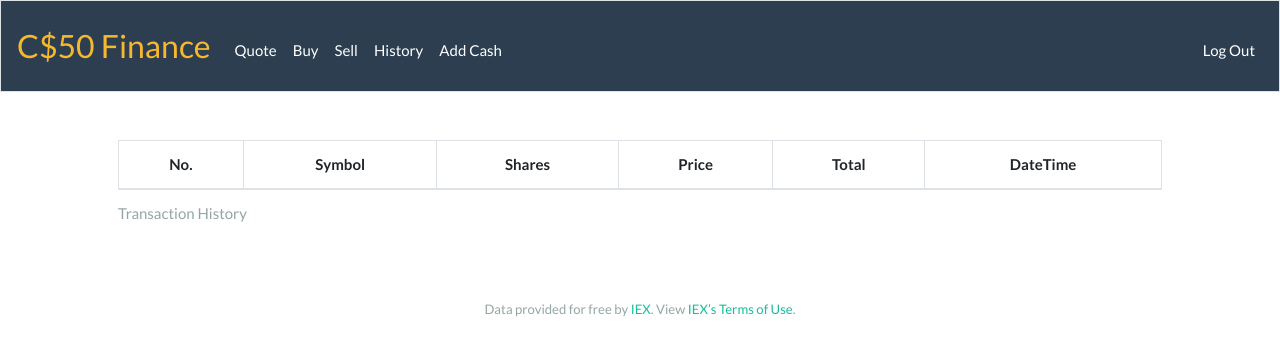
Repository: AllardQuek/CS50x
Page: http://localhost/history
The author's editor kept a record of every edit. The page is drawn from the files as they stood at one moment, then again after the next edit.
The browser window is 1280 px wide. The pictures show the whole page.
Some web libraries are served in a nearby version. The page is served by the project's application, run on Flask 3 (finance/application.py). The session is filled in as if someone had signed in: {"user_id": 1, "logged_in": true}. The page reads the database file committed with the project.

Above is the page before.
Console error: TypeError: $(...).DataTable is not a function

### finance/templates/history.html
{% extends "layout.html" %}

{% block title %}
    History
{% endblock %}

{% block main %}
    <script>
        $(document).ready(function() {

        $('#datatable').DataTable({
        select: true
        });

        } );

    </script>


    <table id="#datatable" class="table table-bordered table-hover">
        <caption>Transaction History</caption>
        <thead>
        <tr>
            <th>No.</th>
            <th>Symbol</th>
            <th>Shares</th>
            <th>Price</th>
            <th>Total</th>
            <th>DateTime</th>
        </tr>



    </table>
{% endblock %}

### finance/templates/layout.html
<!DOCTYPE html>

<html lang="en">

    <head>

        <!-- Required meta tags -->
        <meta charset="utf-8">
        <meta name="viewport" content="width=device-width, initial-scale=1, shrink-to-fit=no">

        <!-- documentation at http://getbootstrap.com/docs/4.1/, alternative themes at https://bootswatch.com/
            <link href="https://maxcdn.bootstrapcdn.com/bootstrap/4.1.3/css/bootstrap.min.css" rel="stylesheet">
        -->

        <link href="https://stackpath.bootstrapcdn.com/bootswatch/4.2.1/flatly/bootstrap.min.css" rel="stylesheet" integrity="sha384-9dACWymWSkhCeCgbjV6xqS20Luu4ue6QnEvr+nMXpPMwIq/OB89AoRh27Flsrxzs" crossorigin="anonymous">

        <!-- https://favicon.io/emoji-favicons/money-mouth-face/ -->
        <link href="/static/favicon.ico" rel="icon">

        <link href="/static/styles.css" rel="stylesheet">

        <script src="https://code.jquery.com/jquery-3.3.1.min.js"></script>
        <script src="https://cdnjs.cloudflare.com/ajax/libs/popper.js/1.14.3/umd/popper.min.js"></script>
        <script src="https://maxcdn.bootstrapcdn.com/bootstrap/4.1.3/js/bootstrap.min.js"></script>

        <title>C$50 Finance: {% block title %}{% endblock %}</title>

    </head>

    <body>

        <nav class="navbar navbar-expand-md navbar-dark bg-primary border">
            <a class="navbar-brand" href="/"> <span class="yellow">C$50 Finance</span></a>
            <button aria-controls="navbar" aria-expanded="false" aria-label="Toggle navigation" class="navbar-toggler" data-target="#navbar" data-toggle="collapse" type="button">
                <span class="navbar-toggler-icon"></span>
            </button>
            <div class="collapse navbar-collapse" id="navbar">
                {% if session.user_id %}
                    <ul class="navbar-nav mr-auto mt-2">
                        <li class="nav-item"><a class="nav-link" href="/quote">Quote</a></li>
                        <li class="nav-item"><a class="nav-link" href="/buy">Buy</a></li>
                        <li class="nav-item"><a class="nav-link" href="/sell">Sell</a></li>
                        <li class="nav-item"><a class="nav-link" href="/history">History</a></li>
                        <li class="nav-item"><a class="nav-link" href="/add">Add Cash</a></li>
                    </ul>
                    <ul class="navbar-nav ml-auto mt-2">
                        <li class="nav-item"><a class="nav-link" href="/logout">Log Out</a></li>
                    </ul>
                {% else %}
                    <ul class="navbar-nav ml-auto mt-2">
                        <li class="nav-item"><a class="nav-link" href="/register">Register</a></li>
                        <li class="nav-item"><a class="nav-link" href="/login">Log In</a></li>
                    </ul>
                {% endif %}
            </div>
        </nav>

        {% if get_flashed_messages() %}
            <header>
                <div class="alert alert-success border text-center" role="alert">
                    {{ get_flashed_messages() | join(" ") }}
                </div>
            </header>
        {% endif %}

        <main class="container p-5">
            {% block main %}{% endblock %}
        </main>

        <footer class="small text-center text-muted">
            Data provided for free by <a href="https://iextrading.com/developer">IEX</a>. View <a href="https://iextrading.com/api-exhibit-a/">IEX’s Terms of Use</a>.
        </footer>

    </body>

</html>

### finance/application.py
import os

import datetime

from cs50 import SQL
from flask import Flask, flash, jsonify, redirect, render_template, request, session
from flask_session import Session
from tempfile import mkdtemp
from werkzeug.exceptions import default_exceptions, HTTPException, InternalServerError
from werkzeug.security import check_password_hash, generate_password_hash

from helpers import apology, login_required, lookup, usd

# Configure application
app = Flask(__name__)

# Ensure templates are auto-reloaded
app.config["TEMPLATES_AUTO_RELOAD"] = True

# Ensure responses aren't cached: https://www.codebyamir.com/blog/a-web-developers-guide-to-browser-caching
# All browsers attempt to keep local copies of static assets in an effort to reduce page load times and minimize network traffic. e.g JS, CSS
@app.after_request
def after_request(response):
    response.headers["Cache-Control"] = "no-cache, no-store, must-revalidate"
    response.headers["Expires"] = 0
    response.headers["Pragma"] = "no-cache"
    return response


# Custom filter
app.jinja_env.filters["usd"] = usd

# Configure session to use filesystem (instead of signed cookies)
app.config["SESSION_FILE_DIR"] = mkdtemp()
app.config["SESSION_PERMANENT"] = False
app.config["SESSION_TYPE"] = "filesystem"
Session(app)

# Configure CS50 Library to use SQLite database
db = SQL("sqlite:///finance.db")


@app.route("/")
@login_required
def index():
    """Show portfolio of stocks"""

    # get 1 row of each symbol, since there may be many of the same symbol in purachase table
    # get values for SYMBOL and SHARES
    try:
        rows = db.execute("SELECT symbol, SUM(shares) FROM purchases WHERE userID = :id GROUP BY symbol", id=session['user_id'])
        # print(rows)

        # get values for PRICE and TOTAL and GRANDTOTAL
        grandtotal = 0

        for row in rows:

            price = lookup(row["symbol"])["price"]
            total = price * int(row["SUM(shares)"])
            row["price"] = usd(price)
            row["total"] = usd(total)
            # maybe use round(number, ndigits) to round off to 2 decimal places ??
            # add these new key-value pairs to the dictionary row; it is easier to render the values by just passing in 1 variable called 'rows' into index.html,
            # rather than passing in 'rows', 'prices' and 'totals' as it complicates the for loop in index.html

            grandtotal = grandtotal + total

        # get value for CASH
        cashrow = db.execute("SELECT cash FROM users WHERE id = :id", id=session['user_id'])
        cash = cashrow[0]["cash"]

        grandtotal = grandtotal + cash
        # PLEASE use usd() to format ALL values displayed! check50 checks this
        return render_template("index.html", rows=rows, cash=usd(cash), grandtotal=usd(grandtotal))

    except:
        return apology("Oops, something went wrong", 400)


@app.route("/buy", methods=["GET", "POST"])
@login_required
def buy():
    """Buy shares of stock"""
    if request.method == "GET":
        return render_template("buy.html")

    elif request.method == "POST":

        # handle user's input, check50 tests for SERVER-side validification
        # use lookup() because I want to check if that symbol exists, there will be no such symbol if no result is returned form lookup()

        if not lookup(request.form.get("symbol")) or not request.form.get("shares"):
            return apology("Please fill in the blanks", 400)

        # this try solves the error: ValueError: invalid literal for int() with base 10: '1.5'
        try:
            shares = int(request.form.get("shares"))
        except:
            return apology("Invalid number of shares", 400)

        if int(request.form.get("shares")) <= 0 or not request.form.get("shares").isdigit():
            return apology("Invalid number of shares", 400)

        symbol = request.form.get("symbol")

        # lookup price
        result = lookup(symbol)
        # check if user has enough cash
        usercash = db.execute("SELECT cash FROM users WHERE id = :id", id=session['user_id'])
        # usd() changes type from float to str
        topay = shares * result["price"]
        if topay > usercash[0]["cash"]:
            return apology("Sorry, you have insufficient cash", 400)

        # SQL tables: numeric precision refers to the maximum number of digits in the number, scale refers to max no. of decimal places
        # deduct shares*price from user's cash, update users table
        db.execute("UPDATE users SET cash = cash - :topay WHERE id = :id", topay=topay, id=session['user_id'])

        # insert row into purchase table WHO bought WHAT at what PRICE and WHEN
        db.execute("INSERT INTO purchases (symbol, shares, price, total, datetime, userID) VALUES (:symbol, :shares, :price, :total, :datetime, :userID)",
                   symbol=result["symbol"], shares=shares, price=result["price"], total=topay, datetime=datetime.datetime.now(), userID=session["user_id"])
        # flash a message to user
        flash("Successfully bought!")
        return redirect("/")


@app.route("/check", methods=["GET"])
def check():
    """Return true if username available, else false, in JSON format"""
    username = request.args.get("username")
    rows = db.execute("SELECT username FROM users WHERE username = :username", username=username)

    if len(rows) > 0 or len(username) < 1:
        return jsonify(False)
    else:
        return jsonify(True)

    #  Code included inside $( document ).ready() will only run once the page Document Object Model (DOM) is ready for JavaScript code to execute


@app.route("/history")
@login_required
def history():
    """Show history of transactions"""
    try:
        rows = db.execute("SELECT * FROM purchases WHERE userID= :id ORDER BY datetime", id=session['user_id'])
        return render_template("history.html", rows=rows)

    except:
        return apology("Oh no, something broke")


@app.route("/login", methods=["GET", "POST"])
def login():
    """Log user in"""

    # Forget any user_id
    session.clear()

    # User reached route via POST (as by submitting a form via POST)
    if request.method == "POST":

        # Ensure username was submitted
        if not request.form.get("username"):
            return apology("must provide username", 403)

        # Ensure password was submitted
        elif not request.form.get("password"):
            return apology("must provide password", 403)

        # Query database for username
        rows = db.execute("SELECT * FROM users WHERE username = :username",
                          username=request.form.get("username"))

        # Ensure username exists and password is correct
        if len(rows) != 1 or not check_password_hash(rows[0]["hash"], request.form.get("password")):
            return apology("invalid username and/or password", 403)

        # Remember which user has logged in
        session["user_id"] = rows[0]["id"]

        # Redirect user to home page
        return redirect("/")

    # User reached route via GET (as by clicking a link or via redirect)
    else:
        return render_template("login.html")


@app.route("/logout")
def logout():
    """Log user out"""

    # Forget any user_id
    session.clear()

    # Redirect user to login form
    return redirect("/")


@app.route("/quote", methods=["GET", "POST"])
@login_required
def quote():
    """Get stock quote."""

    if request.method == "GET":
        return render_template("quote.html")

    elif request.method == "POST":
        # lookup symbol's correspinding price using API, then plug it into quoted template
        # lookup ( request.form ... ) and then p.["price"] should return you the action's price.
        result = lookup(request.form.get("symbol"))
        # in case lookup failed to return desired result, handle this error
        if result == None:
            return apology("Unable to quote", 400)
        return render_template("quoted.html", name=result["name"], symbol=result["symbol"], price=usd(result["price"]))


@app.route("/register", methods=["GET", "POST"])
def register():
    """Register user"""
    if request.method == "GET":
        return render_template("register.html")

    elif request.method == "POST":

        # validate submitted info, check if username is taken by trying to insert new user into users table
        # request.form.get() returns datatype STRING !
        if not request.form.get("username") or not request.form.get("password") or not request.form.get("confirmation"):
            return apology("Missing username/password!", 400)
        elif request.form.get("password") != request.form.get("confirmation"):
            return apology("Passwords do not match!", 400)

        # generate hash of user's password
        hash = generate_password_hash(request.form.get("password"))
        # insert user's data into users table
        result = db.execute("INSERT INTO users (username, hash) VALUES (:username, :hash)",
                            username=request.form.get("username"), hash=hash)
        if not result:
            return apology("Username taken!")

        # db.execute("INSERT INTO users (username, hash) VALUES (:username, :hash),
        # {"username": username, "hash": hash})

        # do user a favour, log him in by storing their id in session.get("user_id") ???
        user_id = db.execute("SELECT id FROM users WHERE username = :username", username=request.form.get("username"))
        session['user_id'] = user_id[0]["id"]
        # OR session['user_id'] = (db.execute("SELECT id FROM users WHERE username = :username", username = request.form.get("username")))[0]["id"]
        return redirect("/")
        # e.g. [{id: 1}, {id: 2}, {id: 3}] , OR use session["logged_in"] = True


@app.route("/sell", methods=["GET", "POST"])
@login_required
def sell():
    """Sell shares of stock"""
    if request.method == "GET":
        rows = db.execute("SELECT symbol FROM purchases WHERE userID = :id GROUP BY symbol", id=session['user_id'])
        # print (rows)
        return render_template("sell.html", rows=rows)

    elif request.method == "POST":

        # validate user input MUST come first!
        if not request.form.get("symbol") or not request.form.get("shares"):
            return apology("Sorry, what do you want to sell?", 400)

        symbol = request.form.get("symbol")
        shares = int(request.form.get("shares"))
        price = lookup(symbol)["price"]

        # if not enough shares to sell, shares not a postive integer
        rows = db.execute("SELECT symbol, SUM(shares) from purchases WHERE userID= :id and symbol = :symbol GROUP BY symbol",
                          id=session['user_id'], symbol=symbol)
        if shares > rows[0]["SUM(shares)"]:
            return apology("Invalid number of shares", 400)

        # update cash in users, insert new transaction in purchases table
        total = price * shares
        db.execute("UPDATE users SET cash = cash + :total WHERE id = :id", total=total, id=session['user_id'])
        db.execute("INSERT INTO purchases(userID, symbol, shares, price, total, datetime) VALUES(:id, :symbol, :shares, :price, :total, :datetime)",
                   id=session['user_id'], symbol=symbol, shares=-shares, price=price, total=-total, datetime=datetime.datetime.now())
        flash("Sold!")
        return redirect("/")


@app.route("/add", methods=["GET", "POST"])
@login_required
def add():

    if request.method == "GET":
        rows = db.execute("SELECT cash FROM users WHERE id= :id", id=session['user_id'])
        cash = rows[0]["cash"]
        return render_template("add.html", cash=cash)

    else:
        if not request.form.get("add"):
            return apology("Please add a valid amount of cash", 400)

        db.execute("UPDATE users SET cash = cash + :add WHERE id= :id", id=session['user_id'], add=float(request.form.get("add")))
        rows = db.execute("SELECT cash FROM users WHERE id= :id", id=session['user_id'])
        cash = rows[0]["cash"]

        return render_template("add.html", cash=usd(cash))


def errorhandler(e):
    """Handle error"""
    if not isinstance(e, HTTPException):
        e = InternalServerError()
    return apology(e.name, e.code)


# Listen for errors
for code in default_exceptions:
    app.errorhandler(code)(errorhandler)

### finance/helpers.py
import requests
import urllib.parse

from flask import redirect, render_template, request, session
from functools import wraps


def apology(message, code=400):
    """Render message as an apology to user."""
    def escape(s):
        """
        Escape special characters.

        https://github.com/jacebrowning/memegen#special-characters
        """
        for old, new in [("-", "--"), (" ", "-"), ("_", "__"), ("?", "~q"),
                         ("%", "~p"), ("#", "~h"), ("/", "~s"), ("\"", "''")]:
            s = s.replace(old, new)
        return s
    return render_template("apology.html", top=code, bottom=escape(message)), code


def login_required(f):
    """
    Decorate routes to require login.

    http://flask.pocoo.org/docs/1.0/patterns/viewdecorators/
    """
    @wraps(f)
    def decorated_function(*args, **kwargs):
        if session.get("user_id") is None:
            return redirect("/login")
        return f(*args, **kwargs)
    return decorated_function


def lookup(symbol):
    """Look up quote for symbol."""

    # Contact API
    try:
        response = requests.get(f"https://api.iextrading.com/1.0/stock/{urllib.parse.quote_plus(symbol)}/quote")
        response.raise_for_status()
    except requests.RequestException:
        return None

    # Parse response
    try:
        quote = response.json()
        # return a dictionary with 3 keys
        return {
            "name": quote["companyName"],
            "price": float(quote["latestPrice"]),
            "symbol": quote["symbol"]
        }
    except (KeyError, TypeError, ValueError):
        return None


def usd(value):
    """Format value as USD."""
    return f"${value:,.2f}"

### finance/finance.db (the tables this page reads, as SQL)
CREATE TABLE 'purchases' ('symbol' varchar(128) NOT NULL, 'shares' integer NOT NULL, 'price' numeric(10,2) NOT NULL,'total' numeric, 'datetime'  datetime NOT NULL  , 'userID' INTEGER, 'purchase_id'  INTEGER PRIMARY KEY NOT NULL  );
INSERT INTO "purchases" VALUES
('NFLX', 1, 355.81, 355.81, '2019-02-06 08:09:02', 2, 1),
('NFLX', 1, 355.81, 355.81, '2019-02-06 08:17:43', 2, 2),
('NFLX', 3, 355.81, 1067.43, '2019-02-06 08:19:40', 2, 3),
('NFLX', 2, 355.81, 711.62, '2019-02-06 08:20:22', 2, 4),
('NFLX', 2, 355.81, 711.62, '2019-02-06 08:23:10', 2, 5),
('WMT', 1, 96.73, 96.73, '2019-02-08 09:36:45', 2, 6),
('WMT', 2, 96.73, 193.46, '2019-02-08 09:36:53', 2, 7),
('NFLX', -3, 344.71, -1034.13, '2019-02-08 12:28:35', 2, 8),
('AAPL', 1, 170.94, 170.94, '2019-02-08 13:03:49', 2, 9),
('NFLX', -1, 342.27, -342.27, '2019-02-08 14:42:03', 2, 10),
('NFLX', 1, 347.57, 347.57, '2019-02-10 08:48:24', 2, 11),
('INR', 1, 40.31, 40.31, '2019-02-10 09:11:47', 2, 12),
('AAC', 1, 2.8, 2.8, '2019-02-10 09:20:01', 2, 13),
('NFLX', -1, 347.57, -347.57, '2019-02-10 09:46:00', 2, 14),
('NFLX', 1, 347.57, 347.57, '2019-02-10 09:49:03', 2, 15),
('NFLX', -1, 347.57, -347.57, '2019-02-10 09:51:38', 2, 16),
('NFLX', -1, 347.57, -347.57, '2019-02-10 09:52:03', 2, 17),
('NFLX', 1, 347.57, 347.57, '2019-02-10 09:53:50', 2, 18),
('NFLX', 1, 347.57, 347.57, '2019-02-10 09:54:53', 2, 19),
('NFLX', -1, 347.57, -347.57, '2019-02-10 10:03:49', 2, 20),
('MSFT', 2, 106.9, 213.8, '2019-02-15 07:04:28', 6, 21),
('MSFT', 1, 114.59, 114.59, '2019-03-15 06:36:50', 2, 22);

Loaded but not shown: finance/static/styles.css (common file)

After the next edit:
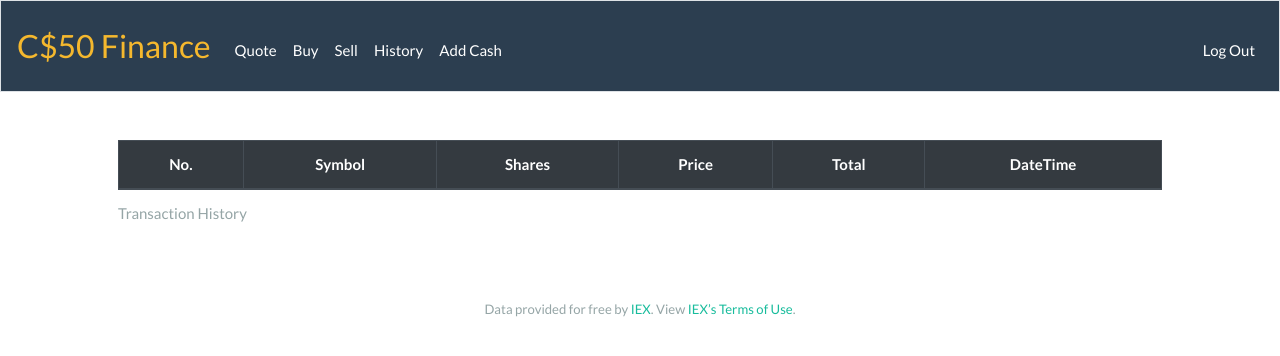
The edit:
--- a/finance/templates/history.html
+++ b/finance/templates/history.html
@@ -19,15 +19,16 @@
 
     <table id="#datatable" class="table table-bordered table-hover">
         <caption>Transaction History</caption>
-        <thead>
-        <tr>
-            <th>No.</th>
-            <th>Symbol</th>
-            <th>Shares</th>
-            <th>Price</th>
-            <th>Total</th>
-            <th>DateTime</th>
-        </tr>
+        <thead class="thead-dark">
+            <tr>
+                <th>No.</th>
+                <th>Symbol</th>
+                <th>Shares</th>
+                <th>Price</th>
+                <th>Total</th>
+                <th>DateTime</th>
+            </tr>
+        </thead>
 
 
 
